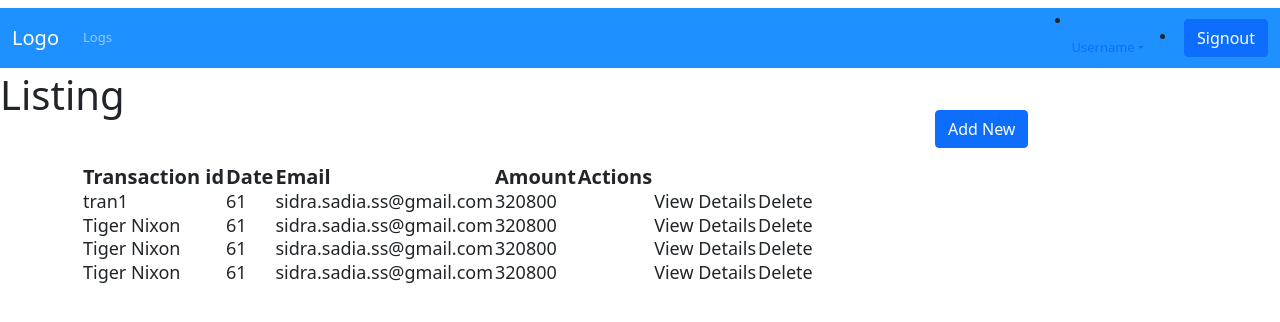
Repository: Sadia-Naveed-Shaikh/JavaScript-Website
Page: src/Listing.html
The author's editor kept a copy of each file at every save. The page is drawn from the files as they stood at one save, then again after the next save.
The browser window is 1280 px wide. The pictures show the whole page.
Some web libraries are served in a nearby version.

Above is the page before, as saved 2021-10-28 17:20:38.

### src/Listing.html
<!DOCTYPE html>

<html>

<head>
    <title>Listing</title>
    <meta charset="utf-8">
    <meta name="viewport" content="width=device-width, initial-scale=1">
    <link href="https://cdn.jsdelivr.net/npm/bootstrap@5.1.1/dist/css/bootstrap.min.css" rel="stylesheet">
    <script src="https://cdn.jsdelivr.net/npm/bootstrap@5.1.1/dist/js/bootstrap.bundle.min.js"></script>
    <script src="https://kit.fontawesome.com/2246d8fd03.js" crossorigin="anonymous"></script>
</head>

<style>
    body {
        font-size: small;
    }

    th{
        font-size: 20px;
    }
    tr,
    td {
        font-size: 18px;
    }

    .modal-body {
        font-size: 18px;
    }
</style>

<body>

    <nav class="navbar navbar-expand-sm  navbar-dark fixed-top" style="">
        <div class="container-fluid" style="background-color: dodgerblue; height:60px">
            <a class="navbar-brand" href="#">Logo</a>
            <button class="navbar-toggler" type="button" data-bs-toggle="collapse" data-bs-target="#collapsibleNavbar">
                <span class="navbar-toggler-icon"></span>
            </button>
            <div class="collapse navbar-collapse" id="collapsibleNavbar">
                <ul class="navbar-nav">
                    <li class="nav-item">
                        <a class="nav-link" href="#">Logs</a>
                    </li>


                </ul>

            </div>
            <!-- <form class="d-flex">
            <input class="form-control me-2" type="text" placeholder="Search">
            <button class="btn btn-primary" type="button">Search</button>
        </form> -->

            <!-- Button to Open the Modal -->
            <li class="nav-item dropdown">
                <a class="nav-link dropdown-toggle" href="#" role="button" data-bs-toggle="dropdown">Username</a>
                <ul class="dropdown-menu">
                    <li><a class="dropdown-item" href="Profile.html">View Profile</a></li>
                    <li><a class="dropdown-item" href="forgetPassword.html">Change Password</a></li>
                </ul>
            <li class="nav-item dropdown">
                <button type="button" class="btn btn-primary" style="margin-left: 5px">
                    Signout
                </button>
        </div>
    </nav>
    <div style="margin-top: 50px;">
        <h1>
            Listing
            <button type="button" class="btn btn-primary" data-bs-toggle="modal" data-bs-target="#myModal"
                style="margin-left: 800px; margin-top: 60px;">
                Add New
            </button>

            <div class="modal fade" id="myModal">
                <div class="modal-dialog modal-dialog-centered  modal-dialog-scrollable">
                    <div class="modal-content">

                        <!-- Modal Header -->
                        <div class="modal-header">
                            <h4 class="modal-title">Add New Transaction</h4>
                            <button type="button" class="btn-close" data-bs-dismiss="modal"></button>
                        </div>

                        <!-- Modal body -->
                        <div class="modal-body">

                            <form action="/action_page.php" class="was-validated">
                                <div class="mb-3 mt-3">
                                    <label for="uname" class="form-label">ID:</label>
                                    <input type="text" class="form-control" id="uname" placeholder="Enter username"
                                        name="uname" required>
                                    <div class="valid-feedback">Valid.</div>
                                    <div class="invalid-feedback">Please fill out this field.</div>
                                </div>
                                <div class="mb-3">
                                    <label for="pwd" class="form-label">Transation Id:</label>
                                    <input type="password" class="form-control" id="pwd" placeholder="Enter password"
                                        name="pswd" required>
                                    <div class="valid-feedback">Valid.</div>
                                    <div class="invalid-feedback">Please fill out this field.</div>
                                </div>
                                <div class="mb-3">
                                    <label for="pwd" class="form-label">Name:</label>
                                    <input type="password" class="form-control" id="pwd" placeholder="Enter password"
                                        name="pswd" required>
                                    <div class="valid-feedback">Valid.</div>
                                    <div class="invalid-feedback">Please fill out this field.</div>
                                </div>
                                <div class="mb-3">
                                    <label for="pwd" class="form-label">Date:</label>
                                    <input type="password" class="form-control" id="pwd" placeholder="Enter password"
                                        name="pswd" required>
                                    <div class="valid-feedback">Valid.</div>
                                    <div class="invalid-feedback">Please fill out this field.</div>
                                </div>
                                <div class="mb-3">
                                    <label for="pwd" class="form-label">Amount:</label>
                                    <input type="password" class="form-control" id="pwd" placeholder="Enter password"
                                        name="pswd" required>
                                    <div class="valid-feedback">Valid.</div>
                                    <div class="invalid-feedback">Please fill out this field.</div>
                                </div>
                                <div class="mb-3">
                                    <label for="pwd" class="form-label">Currency:</label>
                                    <input type="password" class="form-control" id="pwd" placeholder="Enter password"
                                        name="pswd" required>
                                    <div class="valid-feedback">Valid.</div>
                                    <div class="invalid-feedback">Please fill out this field.</div>
                                </div>


                                <button type="submit" class="btn btn-primary">Submit</button>
                            </form>

                        </div>

                        <!-- Modal footer -->
                        <div class="modal-footer">
                            <button type="button" class="btn btn-danger" data-bs-dismiss="modal">Close</button>
                        </div>

                    </div>
                </div>
            </div>

            <div class="container mt-3">
                <table class="table-striped table-hover">
                    <thead>
                        <tr>
                            <th>Transaction id</th>
                            <th>Date</th>
                            <th>Email</th>
                            <th>Amount</th>
                            <th>Actions</th>
                        </tr>
                    </thead>
                    <tbody id='tableContents'>
                    </tbody>
                </table>
            </div>
    </div>
    <script>
        var record;
        var myObj;
        var xhr = new XMLHttpRequest();
        xhr.open("GET", "transaction.json", true);
        xhr.onload = function () {
            record = xhr.responseText;
            myObj = JSON.parse(record);
            var table = document.getElementById('tableContents');
             tableContents = '<tr><td>' + myObj[0].tran_id + '</td><td>' + myObj[0].date + '</td><td>' + myObj[0].email + '</td><td>' + myObj[0].amount + '</td><td>' + '</td><td>' + "View Details" + '</td><td>' + "Delete" + '</td></tr>';
            for (let i = 1; i < myObj.length; i++) {
                tableContents += '<tr><td>' + myObj[i].tran_id + '</td><td>' + myObj[i].date + '</td><td>' + myObj[i].email + '</td><td>' + myObj[i].amount + '</td><td>' + '</td><td>' + "View Details" + '</td><td>' + "Delete" + '</td></tr>';
            }
            table.innerHTML = tableContents;
        };
        xhr.send();

    </script>

    </div>
    </h1>
</body>


</html>

### src/transaction.json
[
    {
        "id": 1,
        "tran_id": "tran1",
        "name": "xyz",
        "email": "sidra.sadia.ss@gmail.com",
        "date": 61,
        "amount": "320800",
        "currency": "",
        "key8": "",
        "key9": "",
        "key10": "",
        "key11": "",
        "key12":"",
        "key13":"",
        "key14":"",
        "key15":""
    },
    {
        "id": 1,
        "tran_id": "Tiger Nixon",
        "name": 320800,
        "email": "sidra.sadia.ss@gmail.com",
        "date": 61,
        "amount": "320800",
        "currency": "",
        "key8": "",
        "key9": "",
        "key10": "",
        "key11": "",
        "key12": "",
        "key13": "",
        "key14": "",
        "key15": ""
    },
    {
        "id": 1,
        "tran_id": "Tiger Nixon",
        "name": 320800,
        "email": "sidra.sadia.ss@gmail.com",
        "date": 61,
        "amount": "320800",
        "currency": "",
        "key8": "",
        "key9": "",
        "key10": "",
        "key11": "",
        "key12": "",
        "key13": "",
        "key14": "",
        "key15": ""
    },
    {
        "id": 1,
        "tran_id": "Tiger Nixon",
        "name": 320800,
        "email": "sidra.sadia.ss@gmail.com",
        "date": 61,
        "amount": "320800",
        "currency": "",
        "key8": "",
        "key9": "",
        "key10": "",
        "key11": "",
        "key12": "",
        "key13": "",
        "key14": "",
        "key15": ""
    }
]

After the next save:
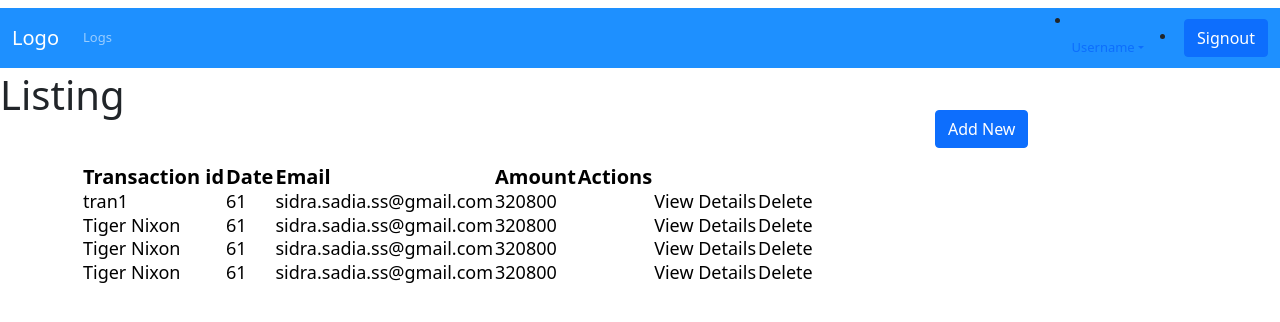
Saved 26 s later.
--- a/src/Listing.html
+++ b/src/Listing.html
@@ -146,7 +146,7 @@
             </div>
 
             <div class="container mt-3">
-                <table class="table-striped table-hover">
+                <table class="table-primary">
                     <thead>
                         <tr>
                             <th>Transaction id</th>
